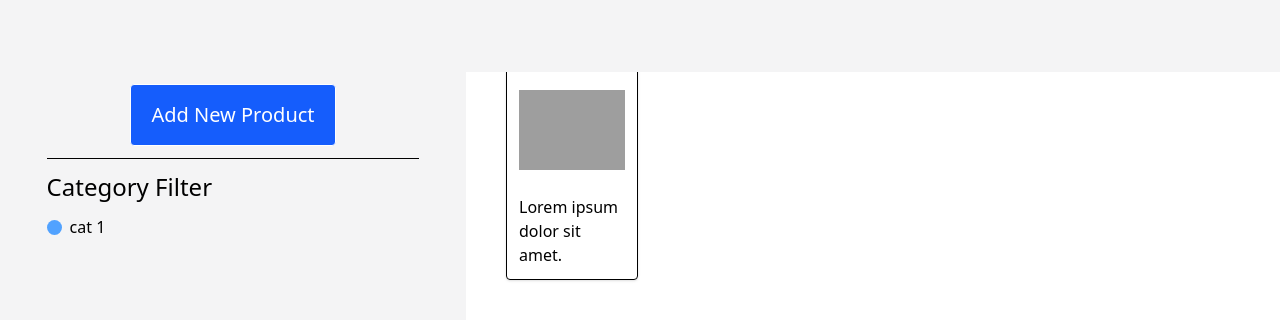
Repository: Habeebur1493/project
Page: /Home
These files come from the project's save history. The page is drawn as it stood at one moment and after the next save; the edit follows.
The browser window is 1280 px wide. The pictures show the whole page.
Pictures or frames that could not be fetched are drawn as grey boxes. The project was rebuilt for these pictures with package versions that can differ from the ones it lists, and the page was loaded fresh each time. Also part of the build but not shown: vite.config.js, src/Components/Login.jsx, src/Components/Details.jsx.

Above is the page before, as saved 2025-01-31 11:47:18.

After the next save:
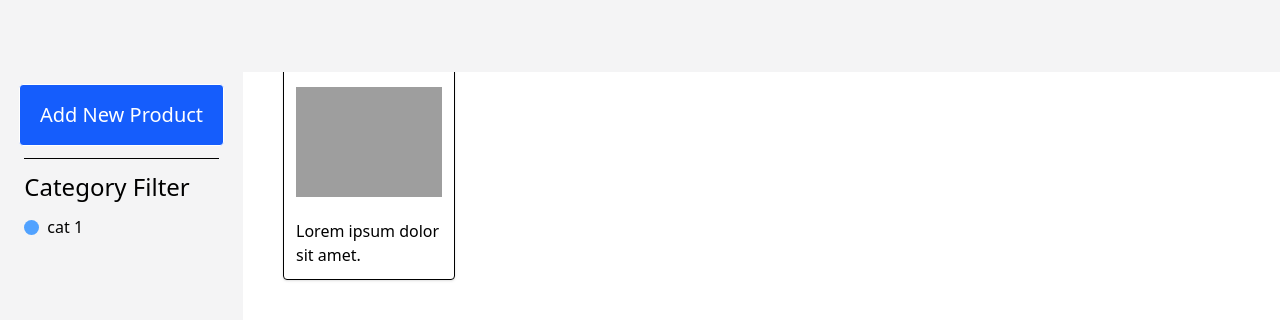
Saved 12 s later.
--- a/src/Components/Nav.jsx
+++ b/src/Components/Nav.jsx
@@ -3,7 +3,7 @@ import React from "react";
 const Nav = () => {
   return (
     <>
-      <nav className="w-[50%] h-[90%] mt-[5%] bg-zinc-100 flex flex-col items-center pt-5 ">
+      <nav className="w-[20%] h-[90%] mt-[5%] bg-zinc-100 flex flex-col items-center pt-5 ">
         <a
           className="py-4 px-5 border rounded text-white text-xl bg-blue-600"
           href="/create"
